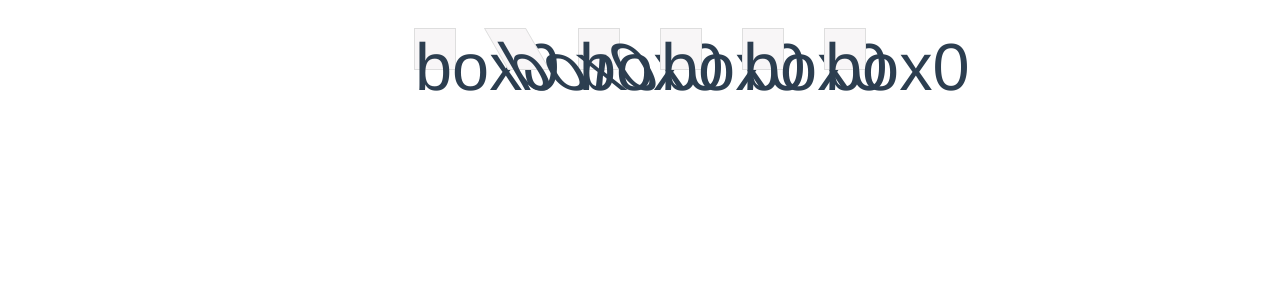
Repository: Yolanda0007/IFE-transition-demo
Page: /#/transform
The author's editor kept a copy of each file at every save. The page is drawn from the files as they stood at one save, then again after the next save.
The browser window is 1280 px wide. The pictures show the whole page.
The project was rebuilt for these pictures with package versions that can differ from the ones it lists, and the page was loaded fresh each time. Also part of the build but not shown: src/components/HelloWorld.vue, src/components/Area.vue.

Above is the page before, as saved 2018-10-26 15:12:42.

### src/App.vue
<template>
  <div id="app">
    <router-view/>
  </div>
</template>

<script>
export default {
  name: 'App',
  methods: {
    rem () {
      var html = document.documentElement
      var width = Math.min(html.getBoundingClientRect().width, 500)
      var fontSize = width * 100 / 750 + 'px'
      html.style.fontSize = fontSize
    }
  },
  beforeMount () {
    this.rem()
  },
  mounted () {
    // window.onresize = function () { this.rem() }
  }
}
</script>

<style>
#app {
  font-family: 'Avenir', Helvetica, Arial, sans-serif;
  -webkit-font-smoothing: antialiased;
  -moz-osx-font-smoothing: grayscale;
  text-align: center;
  color: #2c3e50;
}
</style>

### src/router/index.js
import Vue from 'vue'
import Router from 'vue-router'
import HelloWorld from '@/components/HelloWorld'
import Area from '@/components/Area'
import transform from '@/components/transform'

Vue.use(Router)

export default new Router({
  routes: [
    {
      path: '/hello',
      name: 'HelloWorld',
      component: HelloWorld
    },
    {
      path: '/area',
      name: 'Area',
      component: Area
    },
    {
      path: '/transform',
      name: 'transform',
      component: transform
    }
  ]
})

### src/components/transform.vue
<template>
  <div class="container">
    <div class="box-0">box0</div>
    <div class="box-0 skew">box0</div>
    <div class="box-0 scale">box0</div>
    <div class="box-0 rotate">box0</div>
    <div class="box-0 translate">box0</div>
    <div class="box-0 matrix">box0</div>
  </div>
</template>
<script>
export default {
  name: 'transform'
}
</script>
<style lang="scss" scoped>
@import '../assets/scss/rem.scss';
  .box-0{
    width: rem(60);
    height: rem(60);
    border: 1px solid #dedede;
    background-color: #f8f6f7;
    display: inline-block;
    margin: rem(30);
  }

  .skew{
    transform: skew(30deg);
  }
</style>

### src/assets/scss/rem.scss
@function rem($px) {
  @return $px / 100 + rem
}

Loaded but not shown: index.html (common file); src/main.js (common file)

After the next save:
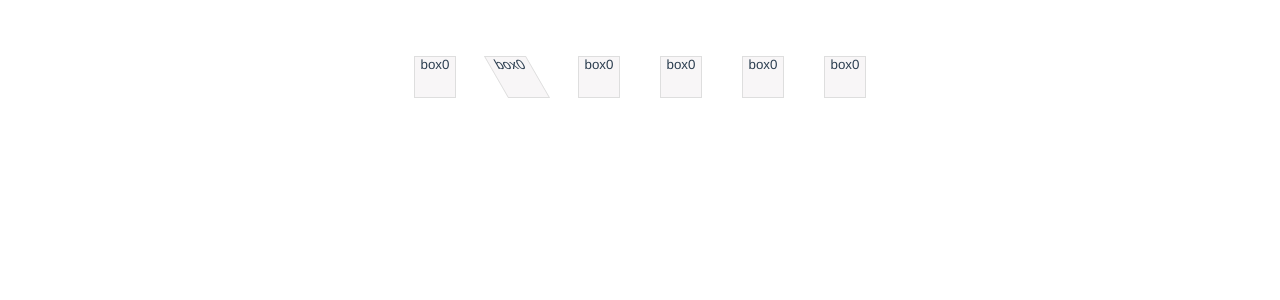
Saved 14 s later.
--- a/src/components/transform.vue
+++ b/src/components/transform.vue
@@ -22,6 +22,7 @@
     background-color: #f8f6f7;
     display: inline-block;
     margin: rem(30);
+    font-size: rem(20);
   }
 
   .skew{
